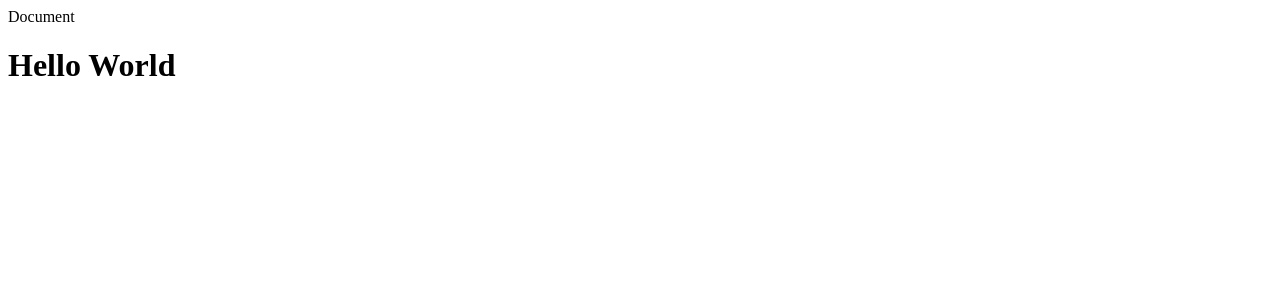
Repository: CarmenFerlatte/demoGitHub
Page: index.html
These files come from the project's save history. The page is drawn as it stood at one moment and after a run of saves; the edit follows.
The browser window is 1280 px wide. The pictures show the whole page.

Above is the page before, as saved 2024-07-08 20:32:13.

After the next 3 saves:
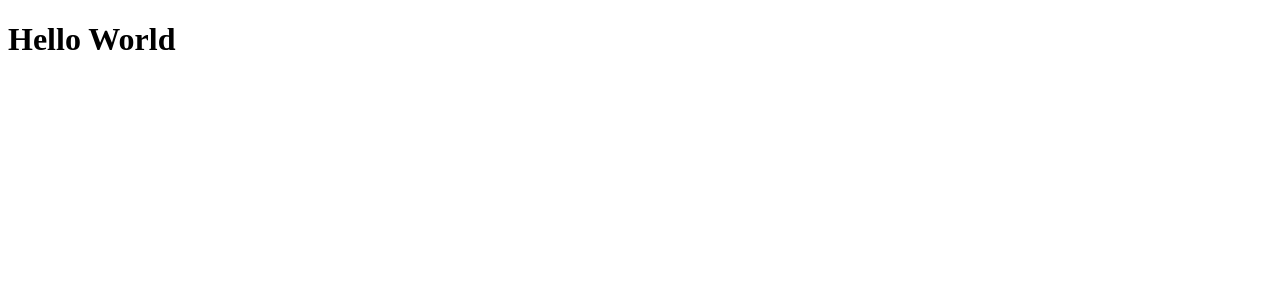
The 3 saves are shown as one change because they came seconds apart.
The last was saved 16 s later.
--- a/index.html
+++ b/index.html
@@ -3,7 +3,8 @@
   <head>
     <meta charset="UTF-8" />
     <meta name="viewport" content="width=device-width, initial-scale=1.0" />
-    <meta name=""
+    <meta name="apple-mobile-web-app-capable" content="yes" />
+
     <title>Document</title>
   </head>
   <body>
